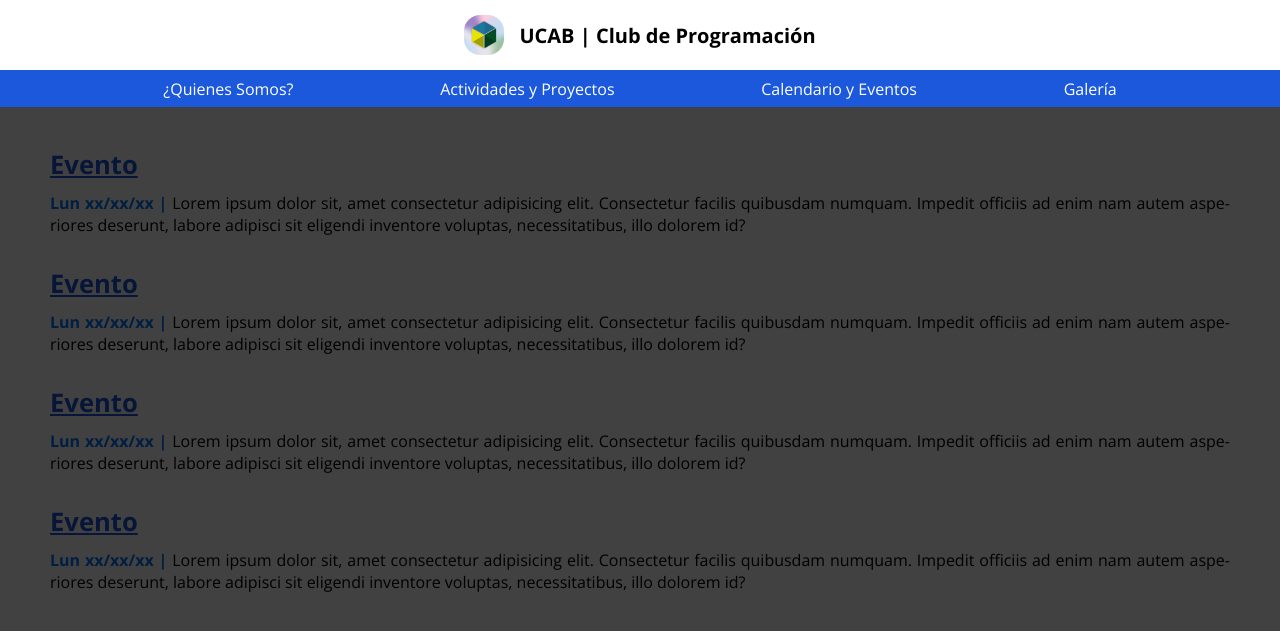
Repository: LuisR404/LandingPage
Page: Pages/CalendarioYEventos.html
An editor plug-in stored every save of this project. The page is shown before and after the next save, followed by the edit.
The browser window is 1280 px wide. The pictures show the whole page.

Above is the page before, as saved 2025-11-24 14:41:04.

After the next save:
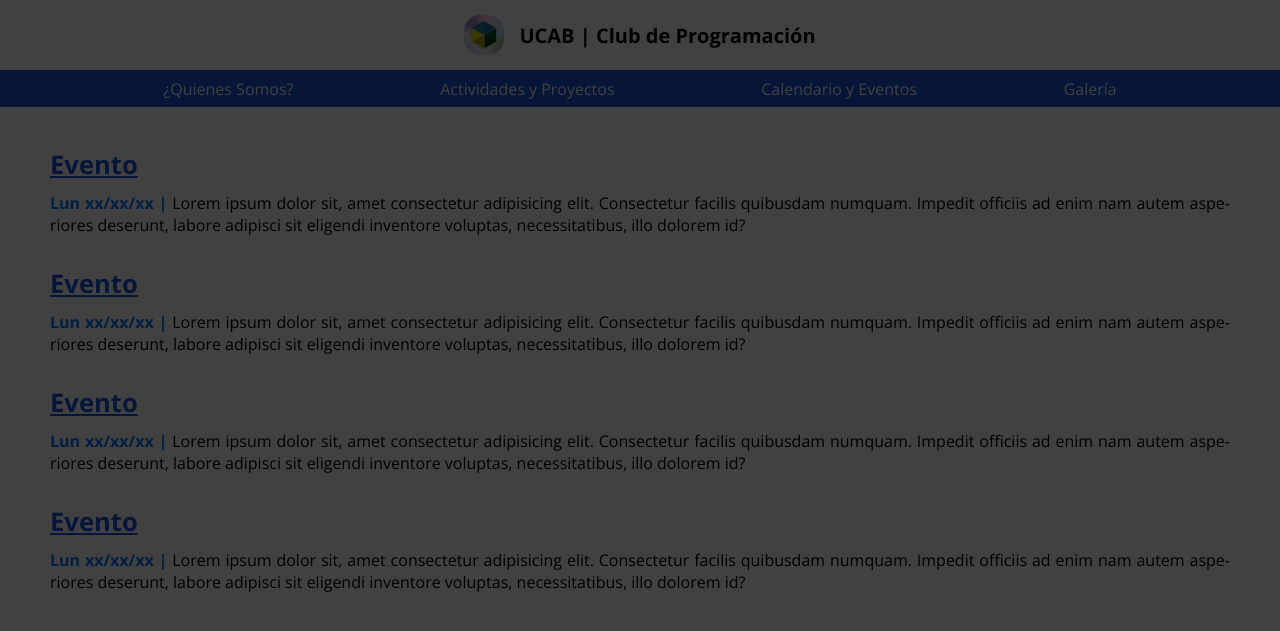
Saved 21 s later.
--- a/Pages/CalendarioYEventos.html
+++ b/Pages/CalendarioYEventos.html
@@ -8,6 +8,12 @@
     <title>Document</title>
 </head>
 <body>
+    <section id="info-evento">
+        <div id="info-evento-container">
+
+        </div>
+    </section>
+
     <!-- TITULO -->
     <section class="header">
         <img src="../resources/club_icon.jpg" alt="" id="header-logo">
@@ -24,11 +30,6 @@
         </ul>
     </nav>
 
-    <section id="info-evento">
-        <div id="info-evento-container">
-
-        </div>
-    </section>
 
     <section class="eventos">
         <div id="eventos-container">
